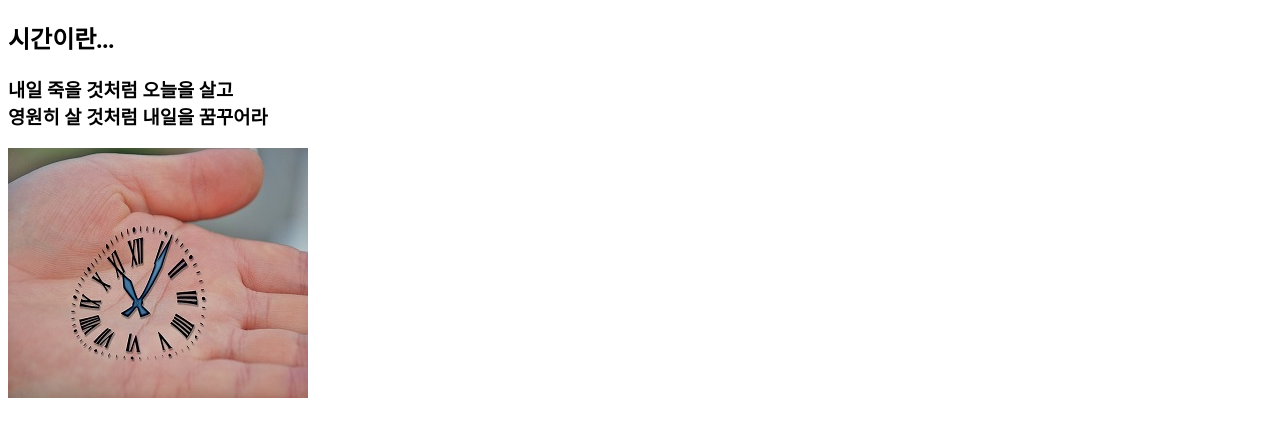
Repository: hwa-ryong/jspworks
Page: http://localhost/Jspwork/ch01/time.jsp
These files come from the project's save history. The page is drawn as it stood at one moment and after the next save; the edit follows.
The browser window is 1280 px wide. The pictures show the whole page.
The page is served by Tomcat 9.

Above is the page before, as saved 2023-05-26 04:05:09.

After the next save:
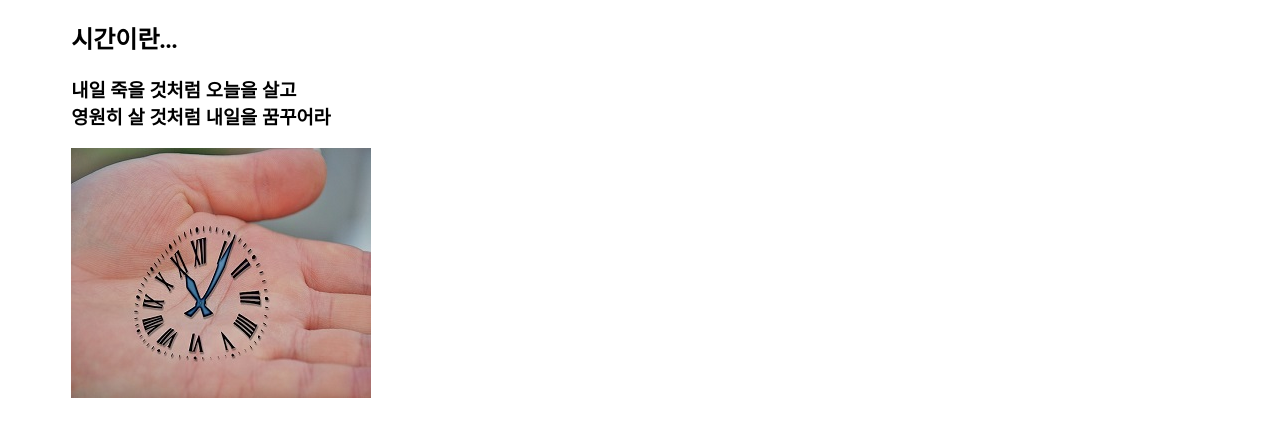
Saved 47 s later.
--- a/Jspwork/src/main/webapp/ch01/time.jsp
+++ b/Jspwork/src/main/webapp/ch01/time.jsp
@@ -5,6 +5,9 @@
 <head>
 <meta charset="UTF-8">
 <title>시간이란...</title>
+<style>
+	#content{width: 90%; margin: 20px auto;}
+</style>
 </head>
 <body>
 	<div id="content">
